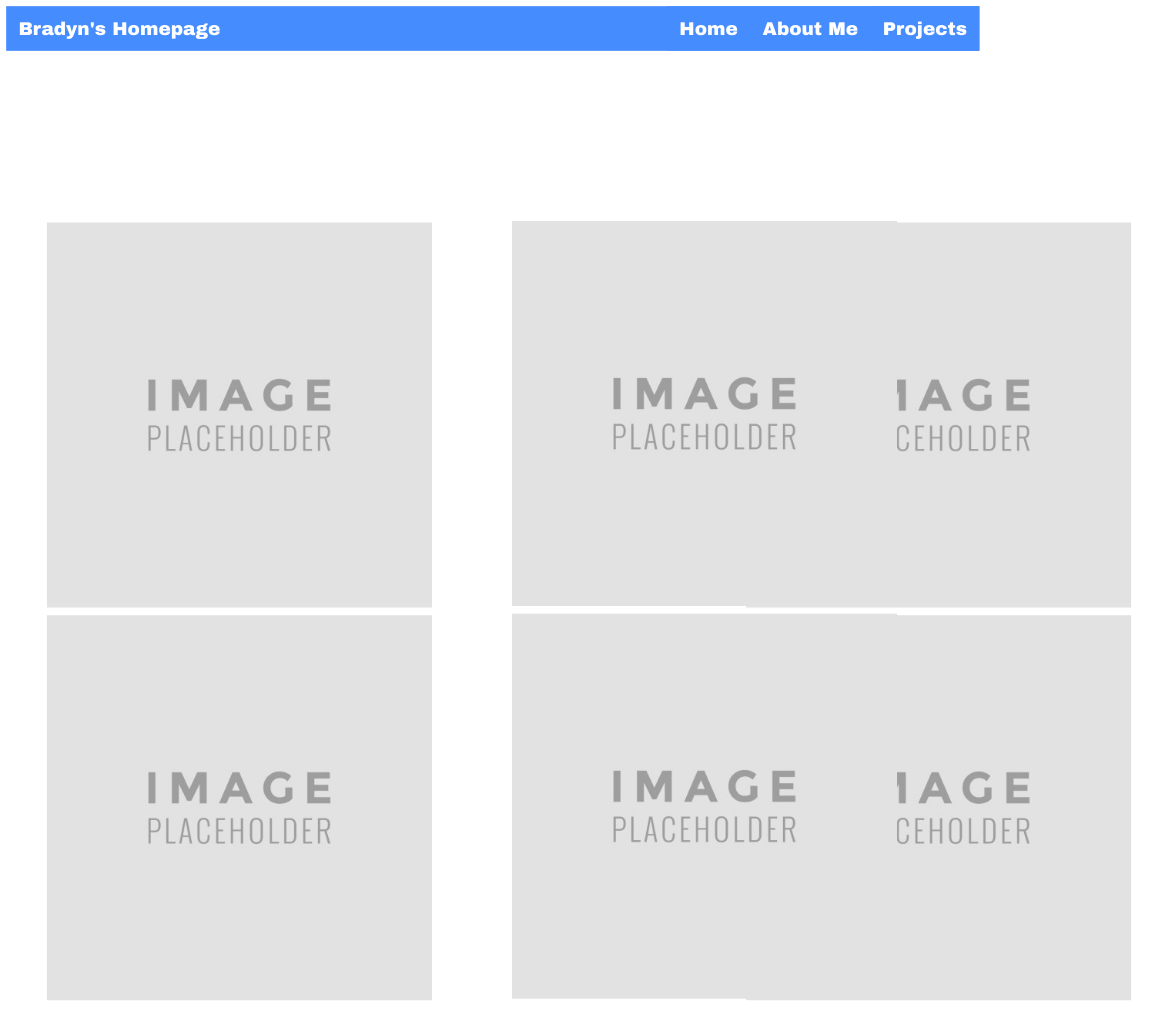
Repository: br4y/br4y.github.io
Page: index.html
The author's editor kept a record of every edit. The page is drawn from the files as they stood at one moment, then again after the next edit.
The browser window is 1280 px wide. The page is 1522 px wide, so the pictures cover 1522 px, including what lies to the right of the window. The pictures show the whole page, at 77% of full size.

Above is the page before.

### index.html
<!DOCTYPE html>
<link href="StyleSheet.css" rel="stylesheet" type="text/css">
<html>
    <head>
    <div class="navbar">
        <a>Bradyn's Homepage</a>
        <div class="links">
          <a class="active" href="index.html">Home</a>
          <a href="about.html">About Me</a>
      <div class="dropdown">
        <div class="morelinks">Projects</div>
        <div class="dropdown-content">
          <a href="#">Projects</a>
          <a href="#">Projects</a>
          <a href="#">Projects</a>
        </div>
      </div>
     </div>

    </div>

    </head>

    <body>
        <table>
            <tr class="spacerow">
                <br>
                <br>
                <br>
                <br>
                <br>
                <br>
            </tr>
            <tr class="row1">
                <td><img class="column1" src="images/placeholder.jpg"></img></td>
                <td><img class="column2" src="images/placeholder.jpg"></img></td>
                <td><img class="column3" src="images/placeholder.jpg"></img></td>
            </tr>
            <tr class="spacerow">
                <br>
                <br>
                <br>
                <br>
                <br>
                <br>
            </tr>
            <tr class="row3">
                <td><img class="column1" src="images/placeholder.jpg"></img></td>
                <td><img class="column2" src="images/placeholder.jpg"></img></td>
                <td><img class="column3" src="images/placeholder.jpg"></img></td>
            </tr>
        </table>
    </body>

</html>

### StyleSheet.css
       .navbar{
        background-color: #458cff;
        overflow: hidden;
        font-family:"Arial Black", Gadget, sans-serif;
      }

      .navbar a {
        color: white;
        font-size: 24px;
        text-decoration: none;
        padding:16px;
        float:left;
      }

      .links {
        font-family:"Arial Black", Gadget, sans-serif;
        background-color: #458cff;
        color: white;
        float: right;
        text-decoration: none;
        font-size: 24px;
      }

      .morelinks {
        color: white;
        font-size: 24px;
        text-decoration: none;
        padding:16px;
      }

      .navbar a:hover, .morelinks:hover {
        background-color: pink;
      }

      .dropdown:hover .dropdown-content {
        display:block;
      }

      .dropdown-content {
        position: absolute;
        z-index:  1;
        display:none;
        background-color: #458cff;
        font-family:"Arial Black", Gadget, sans-serif;
      }

      .dropdown {
        font-family:"Arial Black", Gadget, sans-serif;
        background-color: #458cff;
        color: white;
        float: right;
        text-decoration: none;
        font-size: 24px;

      }

      .dropdown-content a{
        float: none;
        display:block;
      }

    .dog {
        width:40px;
        height:40px;
        border-radius:50%;
        padding:5px;
        display:inline;
        vertical-align:middle;
    }

    .portrait {
        height:relative;
        width:50%;
        float:left;
    }

    .about-text {
        text-align:left;
        font-family:"Arial Black", Gadget, sans-serif;
        width:45%;
        height:relative;
        display:inline-block;
        margin-left:15px;
    }

    /*.dropdown:hover .dropdown-content {display: block;}*/
    /*.dropdown-content a:hover {background-color:#2376fc;}*/
    /*.dropdown:hover .dropbtn {background-color: #2376fc;}*/

    table {
        width:100%;
    }

    .column1{
        height:40%;
        float:left;
        padding-left:10%
    }

    .column2 {
        height:40%;
        margin-left:30%;
    }

    .column3 {
        height:40%;
        float: right;
        padding-right:10%;
    }

    .spacerow {
        height:100%;
        padding-top:50px;
        color:white;
        font-size:100px;
    }

    .navbuttons {
        margin-right:10px;
        padding-right:20px;
        background-color:#458cff;
        display:inline-block;
        text-align: right;
        color:white;
        font-size:75%;
        font-family:"Arial Black", Gadget, sans-serif;
    }

After the next edit:
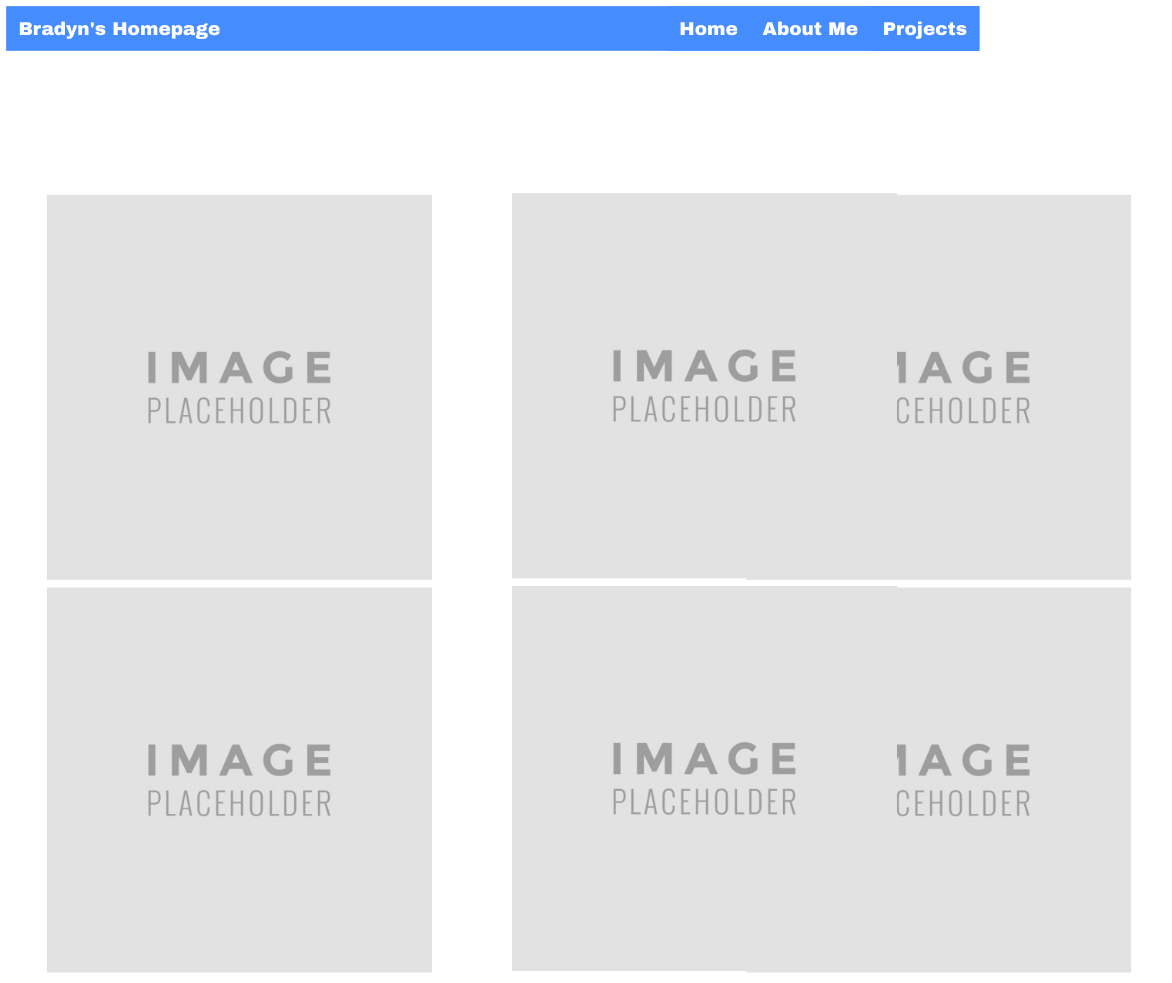
The edit:
--- a/index.html
+++ b/index.html
@@ -24,12 +24,7 @@
     <body>
         <table>
             <tr class="spacerow">
-                <br>
-                <br>
-                <br>
-                <br>
-                <br>
-                <br>
+                <br><br><br><br>
             </tr>
             <tr class="row1">
                 <td><img class="column1" src="images/placeholder.jpg"></img></td>
